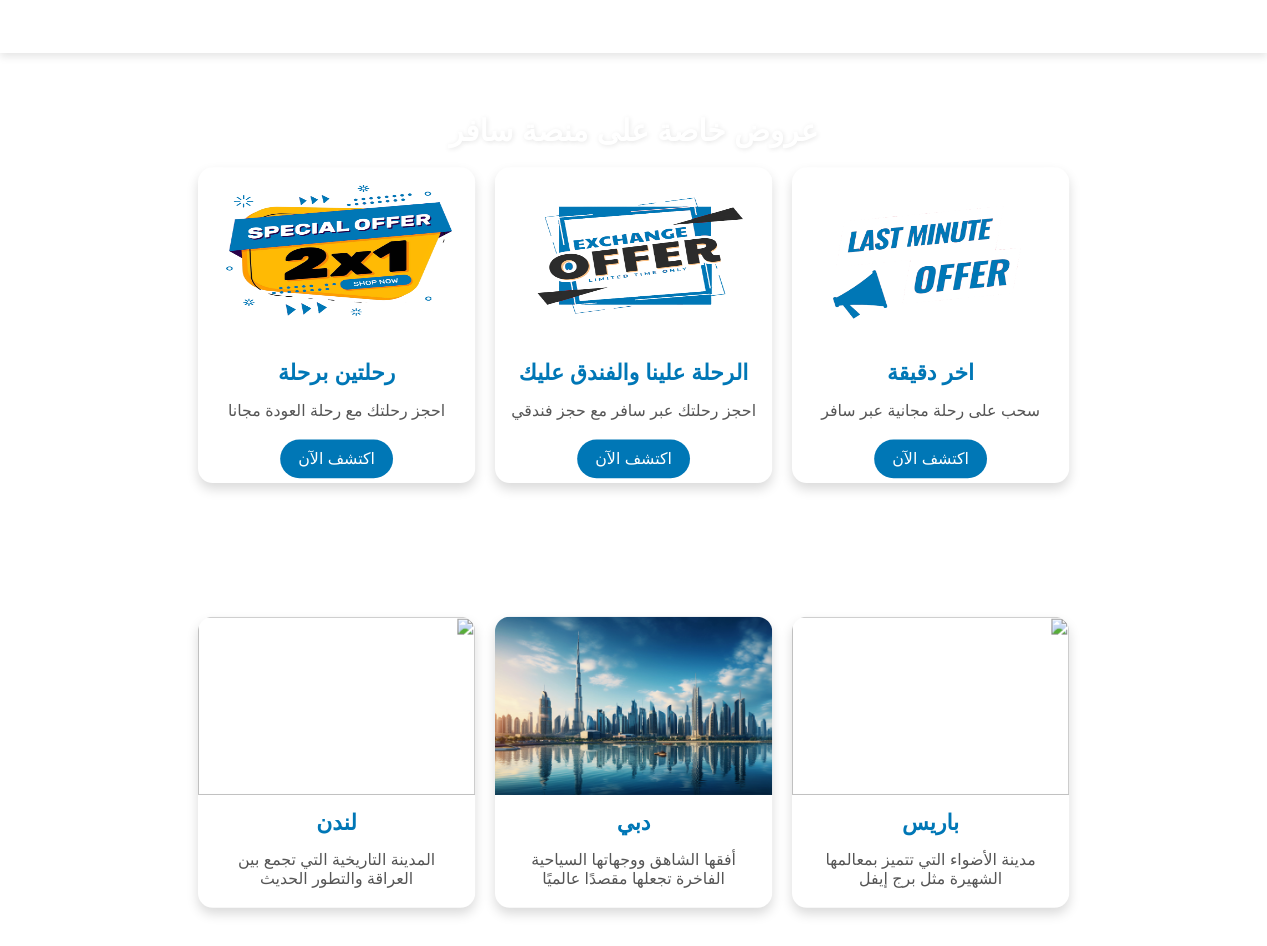
Repository: Yassin-Boushi/Safer
Page: http://localhost/main
The author's editor kept a copy of each file at every save. The page is drawn from the files as they stood at one save, then again after the next save.
The browser window is 1280 px wide. The pictures show the whole page, at 99% of full size.
The page is served by the project's Laravel application, run on PHP 8.4 with Laravel 9. Other server files are loaded and not shown.

Above is the page before, as saved 2025-01-30 14:52:39.

### routes/web.php
<?php

use App\Http\Controllers\AccountController;
use App\Http\Controllers\FlightController;
use App\Http\Controllers\TicketController;
use Illuminate\Support\Facades\Route;

/*
|--------------------------------------------------------------------------
| Web Routes
|--------------------------------------------------------------------------
|
| Here is where you can register web routes for your application. These
| routes are loaded by the RouteServiceProvider within a group which
| contains the "web" middleware group. Now create something great!
|
*/

Route::get('/', function () {
    return redirect('flights');
});

Route::view('login', 'login');
Route::view('add_flight', 'flight.add');
Route::view('main', 'main');
Route::view('we', 'we');

////////////////////////// account
Route::post('account/login', [AccountController::class, 'login']);
Route::get('account/logout', [AccountController::class, 'logout']);

////////////////////////////// flight
Route::resource('flights', FlightController::class);
Route::get('flight/edit/{id}', [FlightController::class, 'edit']);
Route::post('flight/update/{id}', [FlightController::class, 'update']);
Route::get('flight/destroy/{id}', [FlightController::class, 'destroy']);


////////////////////////////// ticket
Route::resource('tickets', TicketController::class);
Route::post('ticket/add/{flight_id}', [TicketController::class, 'store']);
Route::get('ticket/edit/{id}', [TicketController::class, 'edit']);
// Route::get('ticket/update/{id}', [TicketController::class, 'update']);
Route::get('ticket/destroy/{id}', [TicketController::class, 'destroy']);

### resources/views/main.blade.php
<x-nav/>
<link rel="stylesheet" href="/css/main.css">
    <main>
        <section class="offers">
            <h2>عروض خاصة على منصة سافر</h2>
            <div class="offer-cards">
                <div class="offer-card" onclick="showOfferDetails('offer1')">
                    <img src="image/offer1.png" alt="عرض 1">
                    <h3>اخر دقيقة</h3>
                    <p>سحب على رحلة مجانية عبر سافر</p>
                    <a href="javascript:void(0)">اكتشف الآن</a>
                </div>
                <div class="offer-card" onclick="showOfferDetails('offer2')">
                    <img src="image/offer2.png" alt="عرض 2">
                    <h3>الرحلة علينا والفندق عليك</h3>
                    <p>احجز رحلتك عبر سافر مع حجز فندقي</p>
                    <a href="javascript:void(0)">اكتشف الآن</a>
                </div>
                <div class="offer-card" onclick="showOfferDetails('offer3')">
                    <img src="image/offer3.png" alt="عرض 3">
                    <h3>رحلتين برحلة</h3>
                    <p>احجز رحلتك مع رحلة العودة مجانا</p>
                    <a href="javascript:void(0)">اكتشف الآن</a>
                </div>
            </div>
        </section>


        <section class="cities">
            <h2>لمحات عن مدن مشهورة</h2>
            <div class="city-cards">
                <div class="city-card" onclick="showCityDetails('paris')">
                    <img src="image/paris.webp" alt="مدينة 1">
                    <h3>باريس</h3>
                    <p>مدينة الأضواء التي تتميز بمعالمها الشهيرة مثل برج إيفل</p>
                </div>
                <div class="city-card" onclick="showCityDetails('dubai')">
                    <img src="image/dubai.jpg" alt="مدينة 2">
                    <h3>دبي</h3>
                    <p>أفقها الشاهق ووجهاتها السياحية الفاخرة تجعلها مقصدًا عالميًا</p>
                </div>
                <div class="city-card" onclick="showCityDetails('london')">
                    <img src="image/london.jpg" alt="مدينة 3">
                    <h3>لندن</h3>
                    <p>المدينة التاريخية التي تجمع بين العراقة والتطور الحديث</p>
                </div>
            </div>
        </section>
    </main>


    <footer>
        <p>© 2024 شركة خيال - جميع الحقوق محفوظة</p>
    </footer>


    <div id="offerPopup" class="popup hidden">
        <div class="popup-content">
            <h3>تفاصيل العرض</h3>
            <p id="offerDescription"></p>
            <button onclick="hidePopup()">إغلاق</button>
            <button onclick="bookOffer()">احصل على العرض</button>
        </div>
    </div>


    <div id="cityPopup" class="popup hidden">
        <div class="popup-content">
            <h3 id="cityName"></h3>
            <p id="cityDescription"></p>
            <button onclick="hidePopup()">إغلاق</button>
            <button onclick="bookCity()">حجز الرحلة</button>
        </div>
    </div>


    <div id="paymentPopup" class="popup hidden">
        <div class="popup-content">
            <h3>إتمام عملية الدفع</h3>
            <p>يرجى إدخال معلومات الدفع لإتمام الحجز.</p>
            <form id="paymentForm">
                <input type="text" placeholder="رقم البطاقة" required>
                <input type="text" placeholder="تاريخ انتهاء الصلاحية (MM/YY)" required>
                <input type="text" placeholder="CVV" required>
                <button type="button" onclick="processPayment()">ادفع الآن</button>
            </form>
            <button onclick="hidePopup()">إلغاء</button>
        </div>
    </div>
</body>
</html>

### resources/views/components/nav.blade.php
<link rel="stylesheet" href="/css/flight.css">

            <nav class="navbar">
                    <ul >
                        <div class="titles">
                            <li><a href="/main">الرئيسية</a></li>
                            <li><a href="/flights">الرحلات</a></li>
                            @if (auth()->user() != null && auth()->user()->is_employee == 1)
                            <li><a href="/add_flight">اضافة رحلة</a></li>
                            @endif
                            <li><a href="/tickets">الحجوزات</a></li>
                            <li><a href="/we">من نحن</a></li>

                        </div>
                        @if (auth()->user() != null)
                        <div class="account">
                            <h4>{{auth()->user()->user_name}}</h4>
                            <li><a href="/account/logout" style="color:white ;font-size:20px">تسجيل الخروج</a></li>

                        </div>
                        @else
                        <li><a href="login" style="color:white ;font-size:20px">تسجيل الدخول</a></li>
                        @endif
                    </ul>

                </nav>

### public/css/flight.css

* {
    direction: rtl;
    margin: 0;
    padding: 0;
    box-sizing: border-box;
}

body {
    font-family: 'Cairo', sans-serif;
    display: flex;
    flex-direction: column;
    min-height: 100vh;
    margin: 0;
    background-image: url("/image/back.jpg");
    background-size: cover;
    color: #fff;
    text-align: center;
}

/* الشريط العلوي */
.navbar {
    backdrop-filter: blur(80px);
    padding: 15px 0;
    box-shadow: 0 4px 8px rgba(0, 0, 0, 0.1);
}

.navbar ul {
    list-style: none;
    margin: 0;
    padding: 0 30px;
    display: flex;
    justify-content: space-between;
    gap: 20px;


}
.navbar ul .titles , .navbar ul .account{
    display: flex;
    align-items: center;
    justify-content: start;
    gap: 20px;
}
.navbar ul .account{
    justify-content: end;
}

.navbar a {
    text-decoration: none;
    color: #fff;
    font-weight: bold;
    padding: 10px 20px;
    border-radius: 20px;
    transition: all 0.3s ease-in-out;
}

.navbar a:hover {
    background: rgba(255, 255, 255, 0.2);
    box-shadow: 0 5px 15px rgba(0, 0, 0, 0.2);
    transform: scale(1.1);
}

main {
    flex: 1;
    padding: 20px;
    display: flex;
    flex-direction: column;
    align-items: center;
    gap: 20px;
}

.flights-list {
    display: flex;
    justify-content: center;
    align-items: center;
    gap: 20px;
    width: calc(100vw - 80px);
    padding: 20px;
    margin: 20px;
    background-color: rgba(0, 0, 0, 0.2);
}

.flight {
    background-color: #0077b6;
    color: #fff;
    border-radius: 15px;
    padding: 15px;
    box-shadow: 0 4px 12px rgba(0, 0, 0, 0.2);
    cursor: pointer;
    transition: transform 0.3s, box-shadow 0.3s;
    text-align: center;
}

.flight h3 {
    font-size: 20px;
    margin-bottom: 10px;
}

.flight p {
    font-size: 16px;
}

.flight:hover {
    transform: scale(1.1);
}





.content {
    display: flex;
    flex-direction: column;
    gap: 10px;
    background-color: #fff;
    color: #333;
    padding: 20px;
    border-radius: 15px;
    text-align: center;
    max-width: 300px;
}

.content .details{
    display: flex !important;
    align-items: center;
    justify-content: start;
    gap:30px;
}
.content .details .price{
    color: #0077b6;
    font-weight: bold;
}
.content .details div:first-child{
    min-width: 100px;
}


.form-add{
    background-color: white;
    color: #333;
    display: flex;
    flex-direction: column;
    justify-content: center;
    min-height: 300px;
    padding: 30px;
    border-radius: 40px ;
    gap: 20px;
    width: fit-content;
}
.form-add div{
    display: flex;
    justify-content: start;
    align-items: center;
    gap: 20px;
}
.form-add label{
    min-width: 100px;
}
.form-add input{
    height: 40px;
    border-radius: 30px;
    padding: 0 10px;
    width: 100%;
}
.actions-button{
    height: 50px;
    display: flex;
    justify-content: center;
    align-items: center;
    gap: 10px;
    width: 100%;
}
.button {
    margin-top: 10px;
    padding: 12px 20px;
    background: #0077b6;
    color: #fff;
    text-decoration: none;
    border: none;
    border-radius: 25px;
    cursor: pointer;
    font-size: 16px;
    transition: all 0.3s ease-in-out;
}

.button.edit{
    background-color: rgb(225, 100, 22);
}
.button.delete{
    background-color: rgb(225, 22, 22);
}

button:hover {
    background: #005f8d;
    transform: scale(1.05);
}

### public/css/main.css

*{
    direction: rtl;
}


main {
    padding: 20px;
    display: flex;
    flex-direction: column;
    align-items: center;
}


.offers {
    margin-top: 40px;
    width: 100%;
}

.offers h2 {
    font-size: 30px;
    color: rgb(255, 255, 255);
    margin-bottom: 20px;
    text-transform: uppercase;
    text-shadow: 1px 1px 5px rgba(0, 0, 0, 0.1);
}

.offer-cards {
    display: flex;
    justify-content: center;
    gap: 20px;
    flex-wrap: wrap;
    margin: 0 10px;
}

.offer-card {
    background-color: #fff;
    border-radius: 15px;
    box-shadow: 0 6px 12px rgba(0, 0, 0, 0.15);
    width: 280px;
    cursor: pointer;
    transition: transform 0.3s ease, box-shadow 0.3s ease;
}

.offer-card img {
    width: 100%;
    height: 180px;
    border-radius: 15px 15px 0 0;
    background-size: auto;
}

.offer-card h3 {
    font-size: 22px;
    color: #0077b6;
    margin: 15px 0;
}

.offer-card p {
    font-size: 16px;
    color: #555;
    padding: 0 15px;
    margin-bottom: 20px;
}

.offer-card a {
    display: inline-block;
    margin-bottom: 5px;
    padding: 10px 18px;
    background-color: #0077b6;
    color: #fff;
    text-decoration: none;
    border-radius: 25px;
    transition: background-color 0.3s ease;
}

.offer-card a:hover {
    background-color: #005f8d;
}


.cities {
    margin-top: 60px;
    width: 100%;
}

.cities h2 {
    font-size: 30px;
    color: rgb(255, 255, 255);
    margin-bottom: 20px;
}

.city-cards {
    display: flex;
    justify-content: center;
    gap: 20px;
    flex-wrap: wrap;
}

.city-card {
    background-color: #fff;
    border-radius: 15px;
    box-shadow: 0 6px 12px rgba(0, 0, 0, 0.15);
    width: 280px;
    cursor: pointer;
    transition: transform 0.3s ease, box-shadow 0.3s ease;
}

.city-card img {
    width: 100%;
    height: 180px;
    object-fit: cover;
    border-radius: 15px 15px 0 0;
}

.city-card h3 {
    font-size: 22px;
    color: #0077b6;
    margin: 15px 0;
}

.city-card p {
    font-size: 16px;
    color: #555;
    padding: 0 15px;
    margin-bottom: 20px;
}

.popup {
    position: fixed;
    top: 0;
    left: 0;
    width: 100%;
    height: 100%;
    background-color: rgba(0, 0, 0, 0.5);
    display: flex;
    justify-content: center;
    align-items: center;
    z-index: 1000;
    opacity: 0;
    visibility: hidden;
    transition: opacity 0.3s ease;
}

.popup.show {
    opacity: 1;
    visibility: visible;
}

.popup-content {
    background-color: #fff;
    padding: 20px;
    border-radius: 8px;
    width: 350px;
    text-align: center;
    box-shadow: 0 4px 8px rgba(0, 0, 0, 0.1);
}

.popup h3 {
    color: #0077b6;
    margin-bottom: 15px;
}

.popup p {
    color: #555;
    font-size: 16px;
    margin-bottom: 25px;
}

.popup button {
    padding: 10px 20px;
    background-color: #0077b6;
    color: #fff;
    border: none;
    border-radius: 25px;
    cursor: pointer;
    transition: background-color 0.3s ease;
}

.popup button:hover {
    background-color: #005f8d;
}


#paymentPopup input {
    display: block;
    margin: 10px auto;
    padding: 10px;
    width: 80%;
    border: 1px solid #ccc;
    border-radius: 25px;
    font-size: 16px;
}

#paymentPopup button {
    padding: 10px 20px;
    margin-top: 10px;
    background-color: #0077b6;
    color: #fff;
    border: none;
    border-radius: 5px;
    font-size: 16px;
    cursor: pointer;
    transition: background-color 0.3s ease;
}

#paymentPopup button:hover {
    background-color: #005f8d;
}

After the next save:
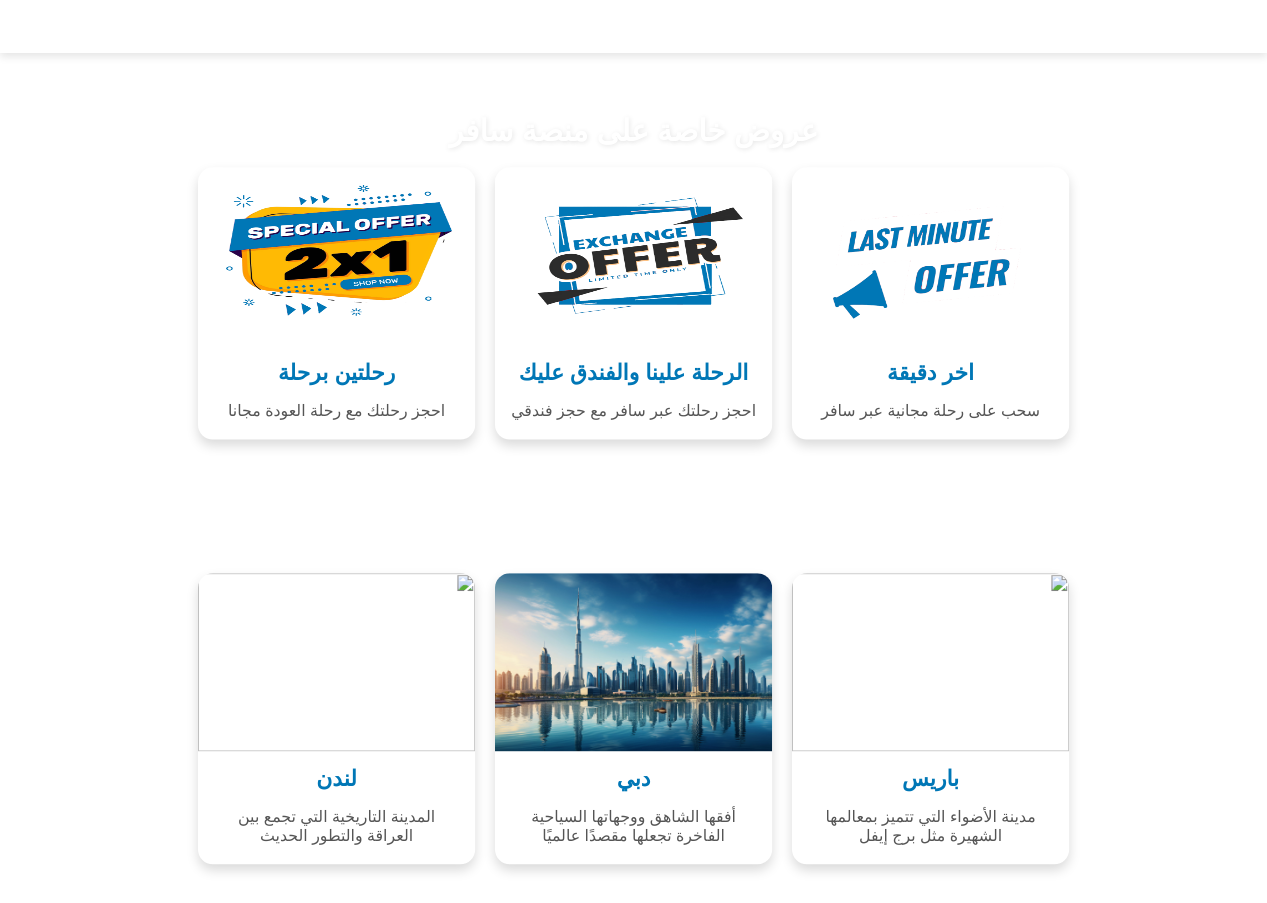
Saved 2 min 25 s later.
--- a/resources/views/main.blade.php
+++ b/resources/views/main.blade.php
@@ -8,19 +8,19 @@
                     <img src="image/offer1.png" alt="عرض 1">
                     <h3>اخر دقيقة</h3>
                     <p>سحب على رحلة مجانية عبر سافر</p>
-                    <a href="javascript:void(0)">اكتشف الآن</a>
+                    <!-- <a href="javascript:void(0)">اكتشف الآن</a> -->
                 </div>
                 <div class="offer-card" onclick="showOfferDetails('offer2')">
                     <img src="image/offer2.png" alt="عرض 2">
                     <h3>الرحلة علينا والفندق عليك</h3>
                     <p>احجز رحلتك عبر سافر مع حجز فندقي</p>
-                    <a href="javascript:void(0)">اكتشف الآن</a>
+                    <!-- <a href="javascript:void(0)">اكتشف الآن</a> -->
                 </div>
                 <div class="offer-card" onclick="showOfferDetails('offer3')">
                     <img src="image/offer3.png" alt="عرض 3">
                     <h3>رحلتين برحلة</h3>
                     <p>احجز رحلتك مع رحلة العودة مجانا</p>
-                    <a href="javascript:void(0)">اكتشف الآن</a>
+                    <!-- <a href="javascript:void(0)">اكتشف الآن</a> -->
                 </div>
             </div>
         </section>
